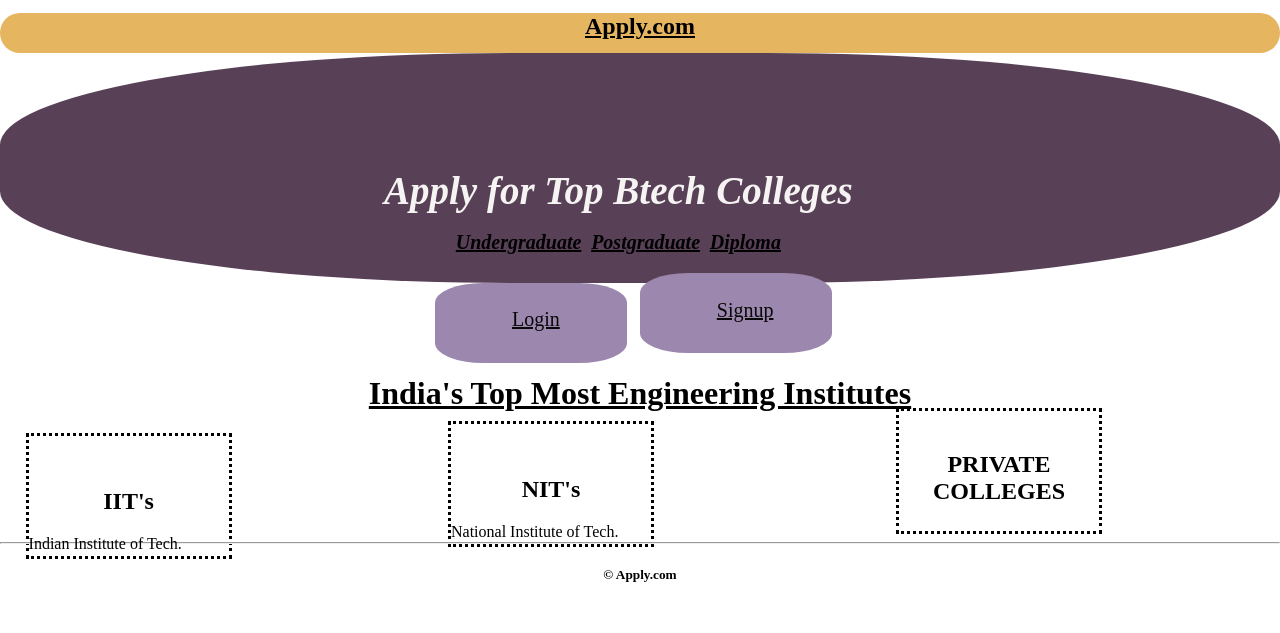
Repository: dashmeenkalra/dashmeen_kalra
Page: css/btech.html
The author's editor kept a copy of each file at every save. The page is drawn from the files as they stood at one save, then again after the next save.
The browser window is 1280 px wide. The pictures show the whole page.

Above is the page before, as saved 2023-03-06 17:25:54.

After the next save:
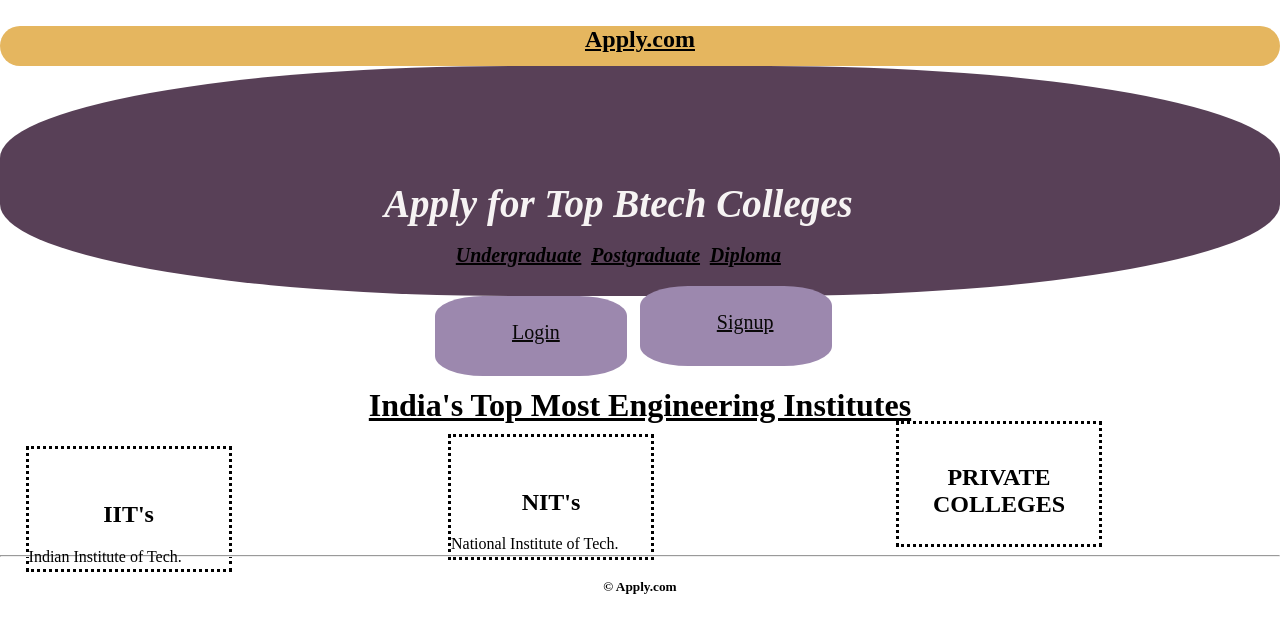
Saved 9 s later.
--- a/css/btech.css
+++ b/css/btech.css
@@ -9,7 +9,7 @@ header{
 header > h2{
     text-align: center;
     text-decoration:underline;
-    margin-top: 1%;
+    margin-top: 2%;
 }
 #app{
     background-color: rgb(88, 64, 87);
